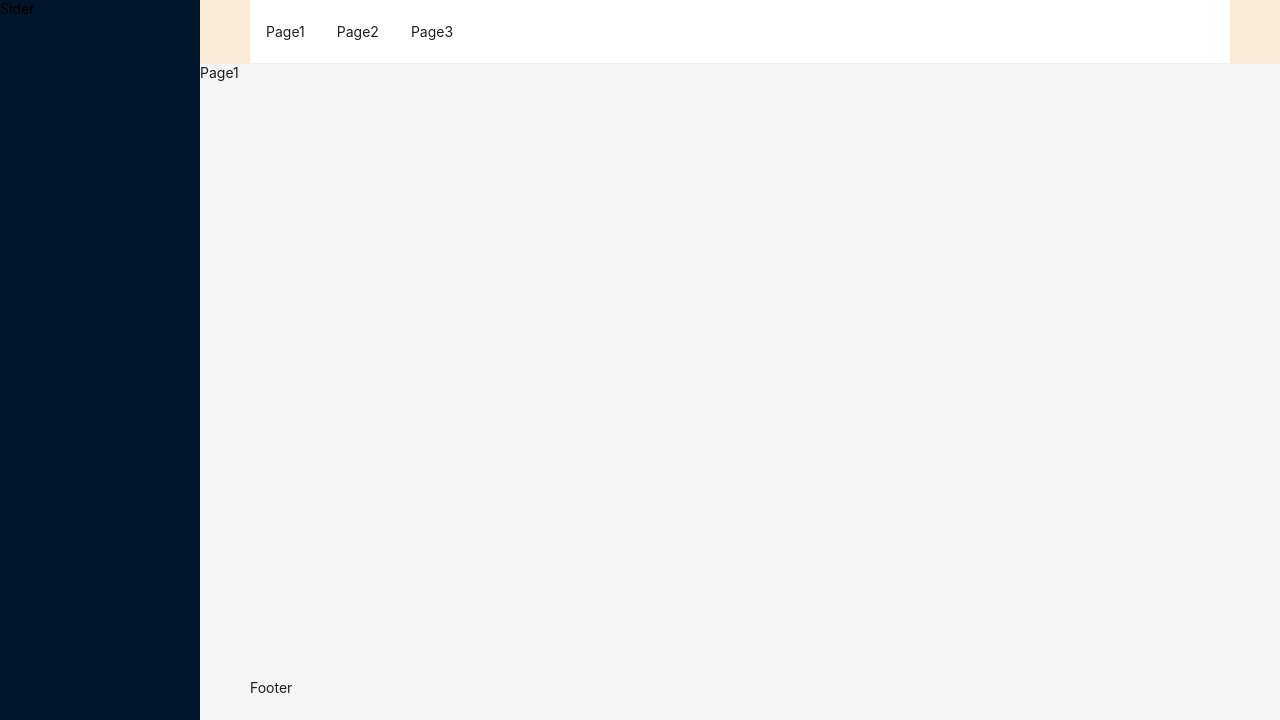
Repository: BESTETURKMEN/e-commerce
Page: /
The author's editor kept a copy of each file at every save. The page is drawn from the files as they stood at one save, then again after the next save.
The browser window is 1280 px wide. The pictures show the whole page.
The project was rebuilt for these pictures with package versions that can differ from the ones it lists, and the page was loaded fresh each time. Also part of the build but not shown: webpack.config.js, src/pages/page2.jsx, src/pages/page3.jsx.

Above is the page before, as saved 2023-08-21 10:06:49.

After the next save:
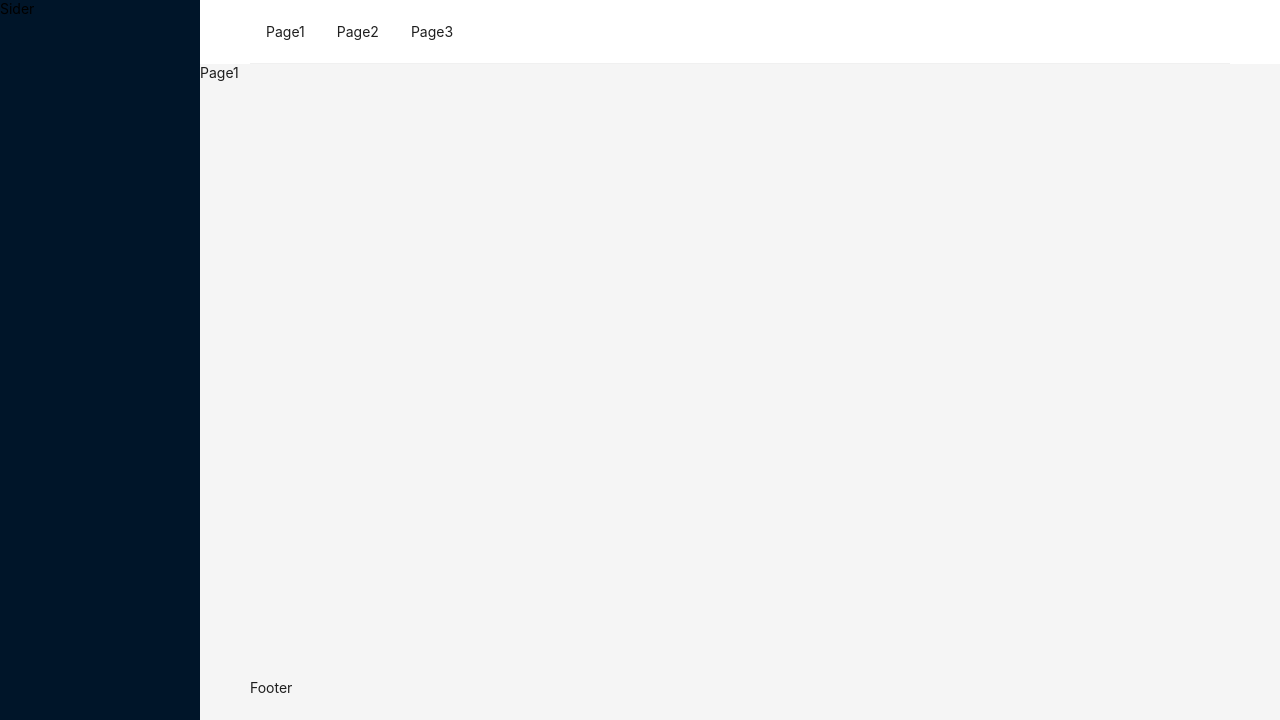
Saved 8 s later.
--- a/src/layout/layout.scss
+++ b/src/layout/layout.scss
@@ -9,7 +9,7 @@
     height: 100vh;
 
     .ant-layout-header {
-      background-color: antiquewhite !important;
+      background-color: rgb(255, 255, 255) !important;
     }
   }
 }
